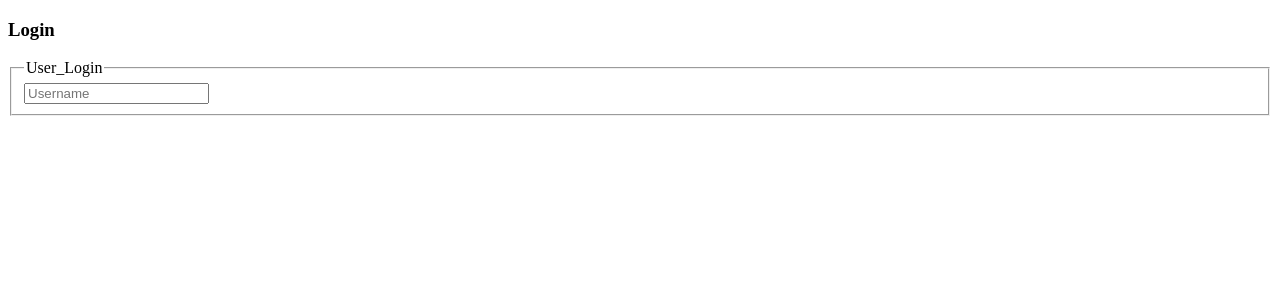
Repository: yhung004/TUTORIAL_PAGE
Page: log_in.html
These files come from the project's save history. The page is drawn as it stood at one moment and after the next save; the edit follows.
The browser window is 1280 px wide. The pictures show the whole page.

Above is the page before, as saved 2024-04-10 02:17:03.

### log_in.html
<!DOCTYPE html>
<html lang="en">
<head>
    <meta charset="UTF-8">
    <meta name="viewport" content="width=device-width, initial-scale=1.0">
    <title>Login</title>
    <link rel="stylesheet" href="main.css">
</head>
<body>
    <h3>Login</h3>

    <fieldset >
        <legend>User_Login</legend>
        <form action="">
            <input type="text" placeholder="Username">
        </form>
    </fieldset>

</body>
</html>

### main.css
.welcome{
    text-align: center;
    font-family: 'Courier New', Courier, monospace;
    font-size: 30px;
    margin-top: 80px;
}
.welcome_text {
    margin-top: 20px;
    text-align:center;
    font-family: 'Courier New', Courier, monospace;
    font-size: 30px;
}
.button_a {
    position: relative;
    left: 580px;
    border: 1px solid black;
    background-color:white;
    border-radius: 30px;
    font-size: 40px;
    padding: 2px 18px 2px 18px;
    margin-top: 20px;
}
.button_b {
    position: relative;
    right: -600px;
    border : 1px solid black;
    border-radius: 40px;
    background-color: rgb(63, 60, 60);
    color:white;
    font-size: 40px;
    padding: 2px 7px 2px 7px;
    margin-top: 20px;
}
a.button_b1 {
    text-decoration: none;
    color:white;
}
a.button_a1 {
    text-decoration:none;
    color:black;
}

After the next save:
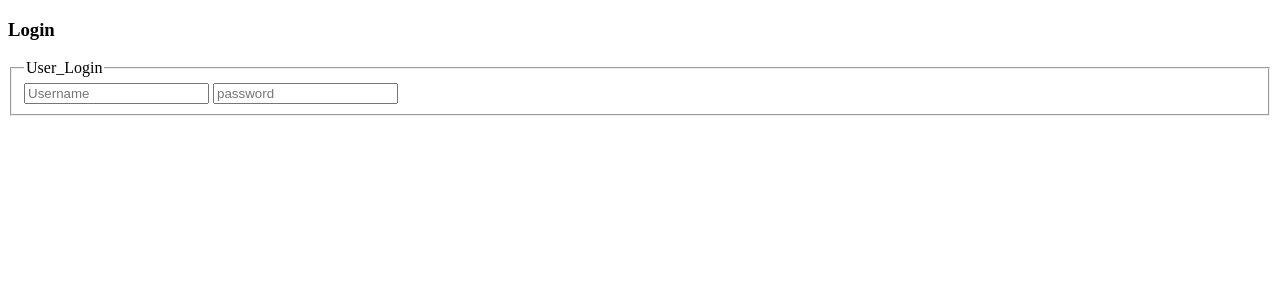
Saved 29 s later.
--- a/log_in.html
+++ b/log_in.html
@@ -13,6 +13,7 @@
         <legend>User_Login</legend>
         <form action="">
             <input type="text" placeholder="Username">
+            <input type="text" placeholder="password">
         </form>
     </fieldset>
 
